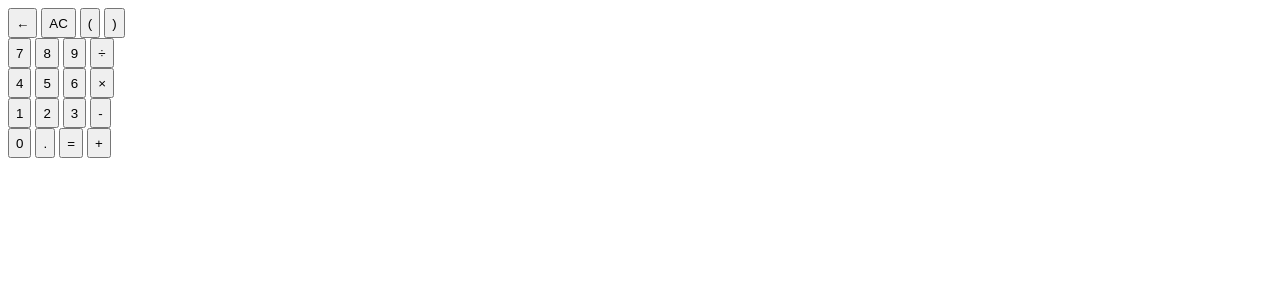
Repository: z1youRA/MyCalculator
Page: index.html
An editor plug-in stored every save of this project. The page is shown before and after the next save, followed by the edit.
The browser window is 1280 px wide. The pictures show the whole page.

Above is the page before, as saved 2021-12-19 14:01:33.

### index.html
<!DOCTYPE html>
<html lang="en">
<head>
    <meta charset="UTF-8">
    <meta http-equiv="X-UA-Compatible" content="IE=edge">
    <meta name="viewport" content="width=device-width, initial-scale=1.0">
    <title>Document</title>
    <link rel='stylesheet' href='./css/styles.css'>
</head>
<body>
    <div class='buttons'>
        <div class='first-line'>
            <button>←</button>
            <button>AC</button>
            <button>(</button>
            <button>)</button>
        </div>
        <div class='second-line'>
            <button>7</button>
            <button>8</button>
            <button>9</button>
            <button>÷</button>
        </div>
        <div class='third-line'>
            <button>4</button>
            <button>5</button>
            <button>6</button>
            <button>×</button>
        </div>
        <div class='fourth-line'></div>
            <button>1</button>
            <button>2</button>
            <button>3</button>
            <button>-</button>
        <div class='fifth-line'>
            <button>0</button>
            <button>.</button>
            <button>=</button>
            <button>+</button>
        </div>
    </div>
</body>
<script src='script.js'>
</script>
</html>

### css/styles.css
buttons {
    display: flex;
    flex-direction: column;
}


button {
    height: 30px;
    width: auto;
}

### script.js
function add(num1, num2) {
    return num1 + num2;
}

function subtract(num1, num2) {
    return num1 - num2;
}

function multiply(num1, num2) {
    return num1 * num2;
}

function divide(num1, num2) {
    return num1 / num2;
}

function operate(operator, num1, num2) {
    if(operator === '+') {
        return add(num1, num2);
    }
    if(operator === '-') {
        return subtract(num1, num2);
    }
    if(operator === '*'|| operator === '×') {
        return multiply(num1, num2);
    }
    if(operator === '/'|| operator === '÷') {
        return divide(num1, num2);
    }
}

After the next save:
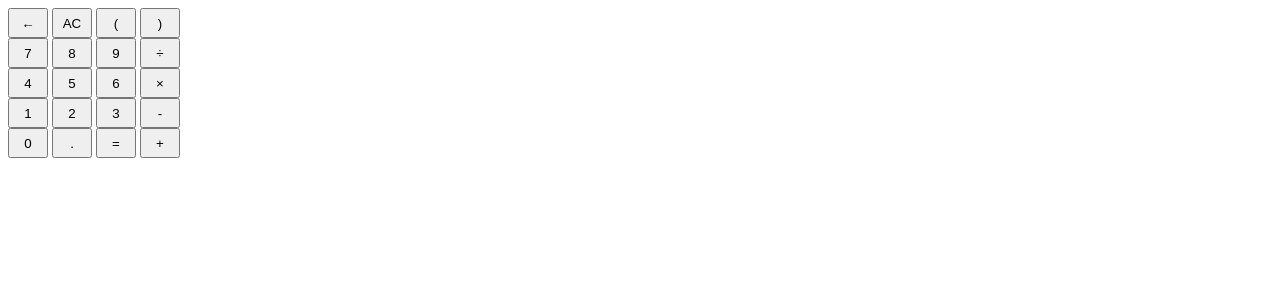
Saved 7 s later.
--- a/css/styles.css
+++ b/css/styles.css
@@ -6,5 +6,5 @@ buttons {
 
 button {
     height: 30px;
-    width: auto;
+    width: 40px;
 }
